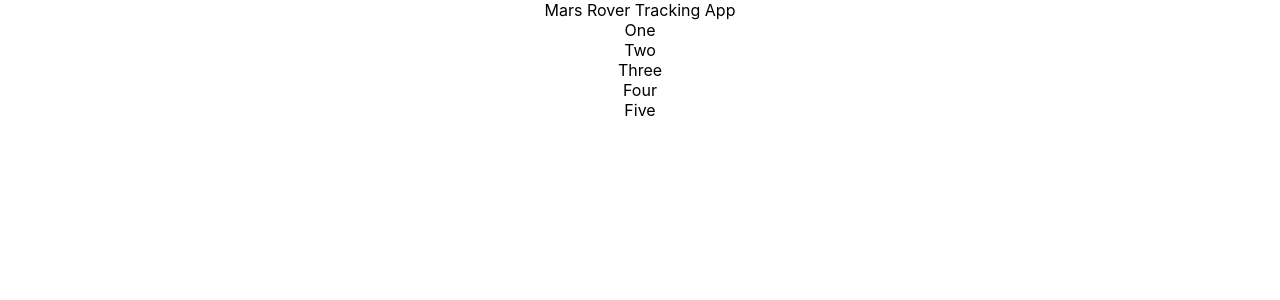
Repository: madhurisandbhor/Rover-Tracking-App
Page: /
The author's editor kept a copy of each file at every save. The page is drawn from the files as they stood at one save, then again after the next save.
The browser window is 1280 px wide. The pictures show the whole page.
The project was rebuilt for these pictures with package versions that can differ from the ones it lists, and the page was loaded fresh each time.

Above is the page before, as saved 2021-09-06 16:46:47.

### src/App.js
import './App.css';
import Grid from './Grid'

function App() {
  return (
    <div className="App">
      <div>Mars Rover Tracking App</div>
      <Grid />
    </div>
  );
}

export default App;

### src/Grid.jsx
import React from 'react'
import { maxX, maxY } from "./constants";

const Grid = () => {
    const grid = [maxX + 1, maxY + 1]
    return (
        <div className="wrapper">
            <div>One</div>
            <div>Two</div>
            <div>Three</div>
            <div>Four</div>
            <div>Five</div>
        </div>
    )
}

export default Grid

### src/constants.js
export const x = 0, y = 0, maxX = 9, maxY = 9;
export const d = 'N';
export const directionsToRight = ['N', 'E', 'S', 'W']
export const directionsToLeft = ['N', 'W', 'S', 'E']

Loaded but not shown: public/index.html (common file); src/index.js (common file); src/index.css (common file); src/App.css (common file)

After the next save:
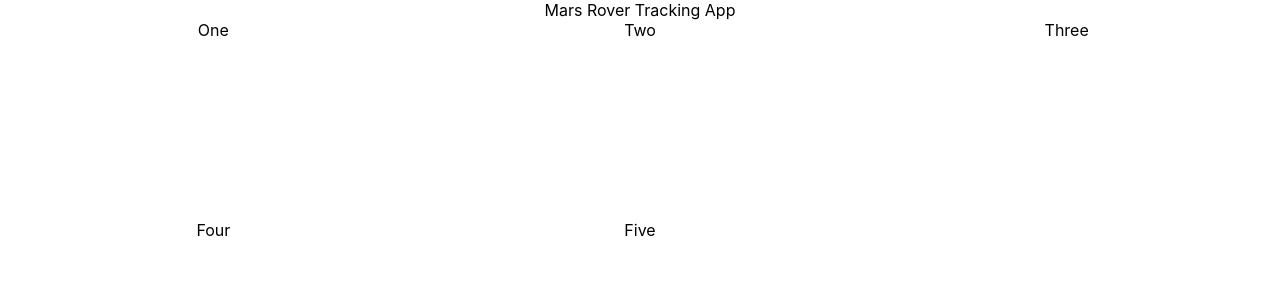
Saved 95 s later.
--- a/src/Grid.jsx
+++ b/src/Grid.jsx
@@ -1,10 +1,16 @@
 import React from 'react'
 import { maxX, maxY } from "./constants";
+
+const wrapper = {
+    display: 'grid',
+    gridTemplateColumns: 'repeat(3, 1fr)',
+    gridAutoRows: '200px',
+}
 
 const Grid = () => {
     const grid = [maxX + 1, maxY + 1]
     return (
-        <div className="wrapper">
+        <div style={wrapper}>
             <div>One</div>
             <div>Two</div>
             <div>Three</div>
